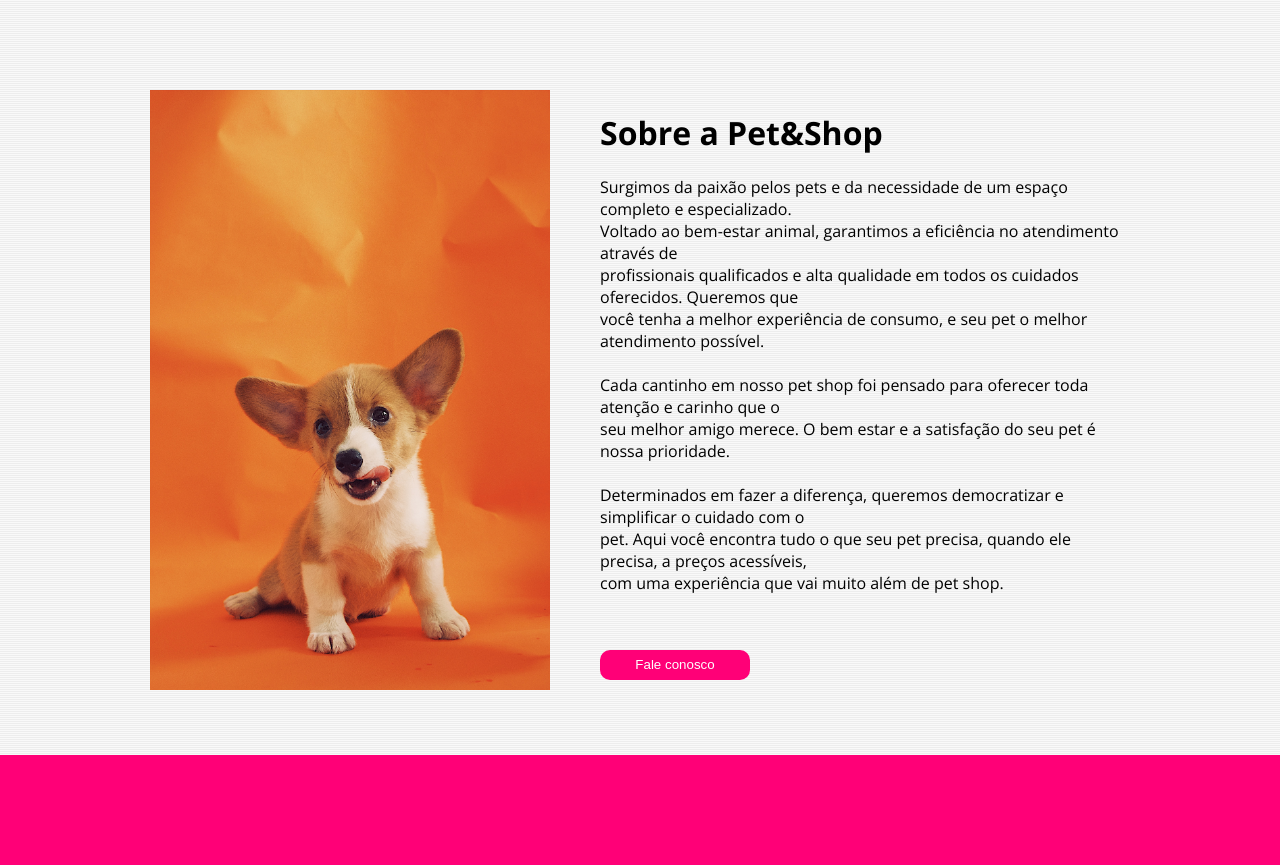
Repository: Carolden/ProhetoPetShop
Page: sobre.html
These files come from the project's save history. The page is drawn as it stood at one moment and after the next save; the edit follows.
The browser window is 1280 px wide. The pictures show the part of the page from y = 260 to 1125 px (the page is 1790 px tall).
A picture or video elsewhere on the page could not be fetched, so the positions and the page height are approximate.

Above is the page before, as saved 2023-05-01 15:04:21.

### sobre.html
<!DOCTYPE html>
<html lang="pt-BR">
<head>
    <meta charset="UTF-8">
    <meta http-equiv="X-UA-Compatible" content="IE=edge">
    <meta name="viewport" content="width=device-width, initial-scale=1.0">
    <title>Pet&Shop</title>
    <link rel="stylesheet" href="sobre.css">
    <link rel="stylesheet" href="https://cdnjs.cloudflare.com/ajax/libs/font-awesome/6.4.0/css/all.min.css">
    <link rel="preconnect" href="https://fonts.googleapis.com">
    <link rel="preconnect" href="https://fonts.gstatic.com" crossorigin>
    <link href="https://fonts.googleapis.com/css2?family=Open+Sans:wght@300;400;500;600;700;800&display=swap" rel="stylesheet">


</head>

<body>

    <header>

        <div class="headerrow">
            <div class="headercolumn">
                <img src="Imagens/logo-colored.svg" alt="logo" class="logocolored">
            </div>

            <div>
                <nav class="menu">
                    <a href="index.html">Home</a>
                    <a href="sobre.html" class="active">Sobre</a>
                    <a href="produtos.html">Produtos</a>
                    <a href="servicos.html">Serviços</a>
                    <a href="faleconosco.html">Fale Conosco</a>
                </nav>
            </div>
        </div>


    </header>

    <div class="row">

        <div class="column">

            <img src="Imagens/about.jpg" alt="cachorro" class="img">

        </div>


        <div class="column">

            <h1 class="columntext">Sobre a Pet&Shop</h1>
            <p class="columntext">
                Surgimos da paixão pelos pets e da necessidade de um espaço completo e especializado.<br>Voltado ao bem-estar animal, garantimos a eficiência no atendimento através de<br> profissionais qualificados e alta qualidade em todos os cuidados oferecidos. Queremos que <br>você tenha a melhor experiência de consumo, e seu pet o melhor atendimento possível.<br><br>
                Cada cantinho em nosso pet shop foi pensado para oferecer toda atenção e carinho que o <br>seu melhor amigo merece. O bem estar e a satisfação do seu pet é nossa prioridade.<br><br>
                Determinados em fazer a diferença, queremos democratizar e simplificar o cuidado com o <br>pet. Aqui você encontra tudo o que seu pet precisa, quando ele precisa, a preços acessíveis, <br>com uma experiência que vai muito além de pet shop.
            </p>

            <button class="botao">Fale conosco</button>

        </div>


    </div>


    <footer class="footer">


        <div>
            <img src="Imagens/logo-white.svg" alt="logo" class="logofooter">
        </div>

        <div class="footerrow">

        <div class="footercolumn">
            <h4 class="contato">Contato</h4>
            <p class="contato">
                Estrada sem nome, 1234, Sala 0<br>
                Bairro - Cidade / UF<br>
                12345-678<br>
                <b>(00) 99999-9999<br>
                contato@petshop.com.br<br></b>
            </p>
        </div>


        <div class="footercolumn">
            <h4 class="horario">Horário de funcionamento</h4>
            <p class="horario">
                De Segunda a Sexta-feira das 9 às 19hs.<br>
                Aos Sábados das 9 às 18hs.
            </p>
        </div>


        <div class="footercolumn">
            <h4 class="socialmedia">Siga-nos</h4>
            <i class="fa-brands fa-facebook-f"></i>
            <i class="fa-brands fa-instagram"></i>
            <i class="fa-brands fa-tiktok"></i>
            <i class="fa-brands fa-twitter"></i>
            <i class="fa-brands fa-youtube"></i>
        </div>

        </div>

        <div class="devdbycrie">
            <p>© 2022 pet&shop | Todos os direitos reservados. Desenvolvido por Crie_TI</p>
        </div>


    </footer>

</body>
</html>

### sobre.css
@import url('https://fonts.googleapis.com/css2?family=Open+Sans:wght@300&display=swap');

body {
    margin: 0;
    border: 0;
    font-family: 'Open Sans', sans-serif;
    overflow-x: hidden;
}

/* HEADER */

.logocolored {
    width: 300px;
}

.headerrow {
    display: flex;
    width: 100%;
    align-items: center;
    padding-top: 10px;
    padding-bottom: px;
    margin-bottom: 10px;
}

.menu a {
    text-decoration: none;
    padding: 12px;
    color: #382c32;
    font-weight: 600;
    font-size: 18px;
}

a.active {
    color: white;
    background-color: #FF0077;;
    padding-top: 100%;
    padding-bottom: 33px;
}

a.active:hover {
    color: white
}

a:hover {
    color: #FF0077;;
}

.headercolumn {
    width: 50%;
    padding-left: 150px;
}

.row {
    display: flex;
    padding-left: 150px;
    padding-right: 150px;
    padding-top: 100px;
    background-image: linear-gradient(to bottom, #ffffff, #e7e7e7);
    background-position: top;
    background-size: 100% 2px;
    padding-bottom: 60px;


}

.column img {
    height: 600px;
    width: 400px;
}

.columntext {
    padding-left: 50px;
}



.botao {
    color: white;
    background-color: #FF0077;
    border-radius: 10px;
    width: 150px;
    height: 30px;
    border: none;
    margin-left: 50px;
    margin-top: 40px;
}























.footerrow {
    display: flex;
    padding-bottom: 60px;
}

.logofooter {
    width: 300px;
}

.footer {
    background-color: #FF0077;
    width: 100%;
    padding: 130px 230px 80px 230px;
    box-sizing: border-box;
    color: white;
}

.footer h4 {
    font-size: 18px;
}

.footercolumn {
    width: 33.33%;
    align-items: center;
    text-align: right;
    font-size: 16px;
}

.contato {
    text-align: left;
}

.horario {
    text-align: center;
}

.socialmedia {
    text-align: right;
}

.footercolumn i {
    padding: 10px;
    font-size: 30px;
}

.devdbycrie {
    border-top: 2px solid rgb(255, 0, 136);
    text-align: center;
    font-size: 18px;
    padding-top: 15px;
}

.footercolumn i:hover {
    transform: scale(1.5) rotate(10deg);
}

After the next save:
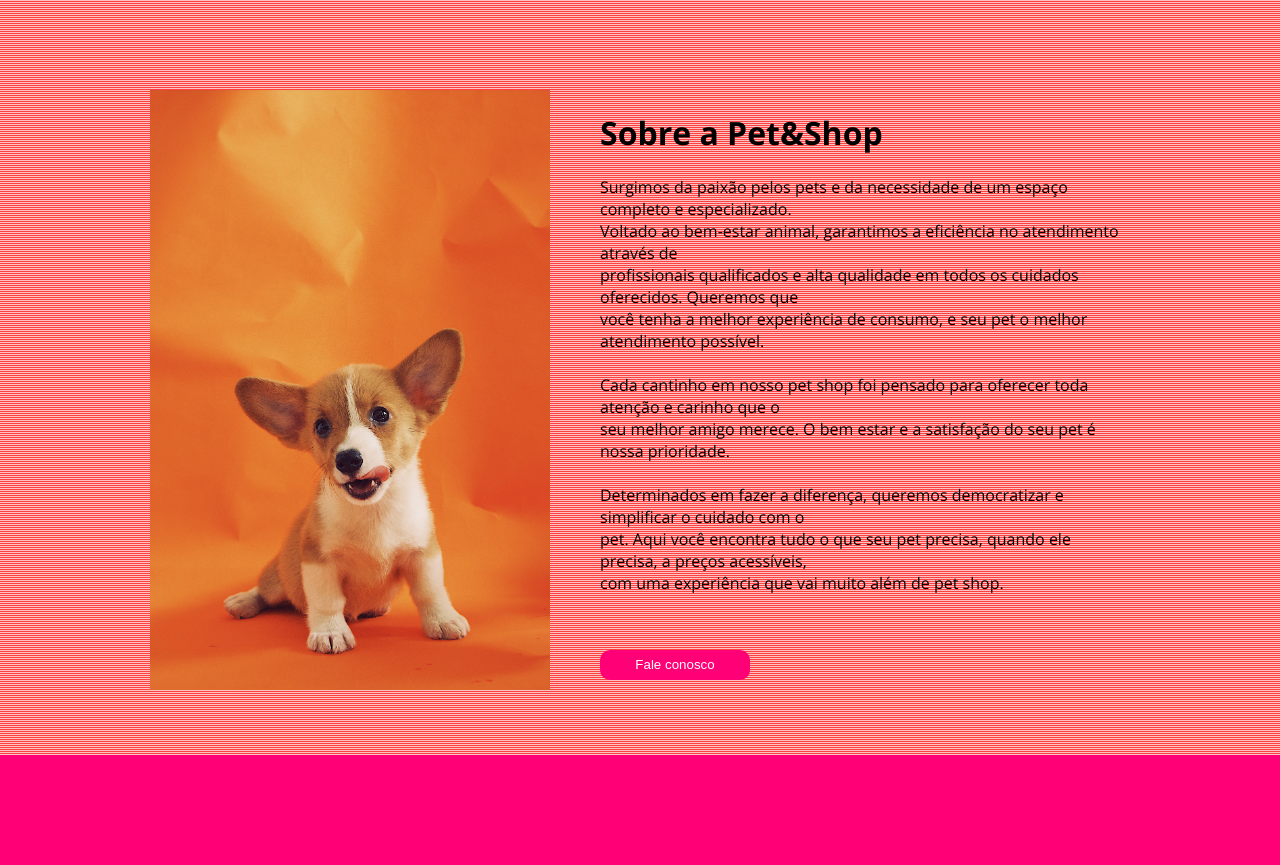
Saved 14 s later.
--- a/sobre.css
+++ b/sobre.css
@@ -55,7 +55,7 @@
     padding-left: 150px;
     padding-right: 150px;
     padding-top: 100px;
-    background-image: linear-gradient(to bottom, #ffffff, #e7e7e7);
+    background-image: linear-gradient(to bottom, #ffffff, #fd0303);
     background-position: top;
     background-size: 100% 2px;
     padding-bottom: 60px;
